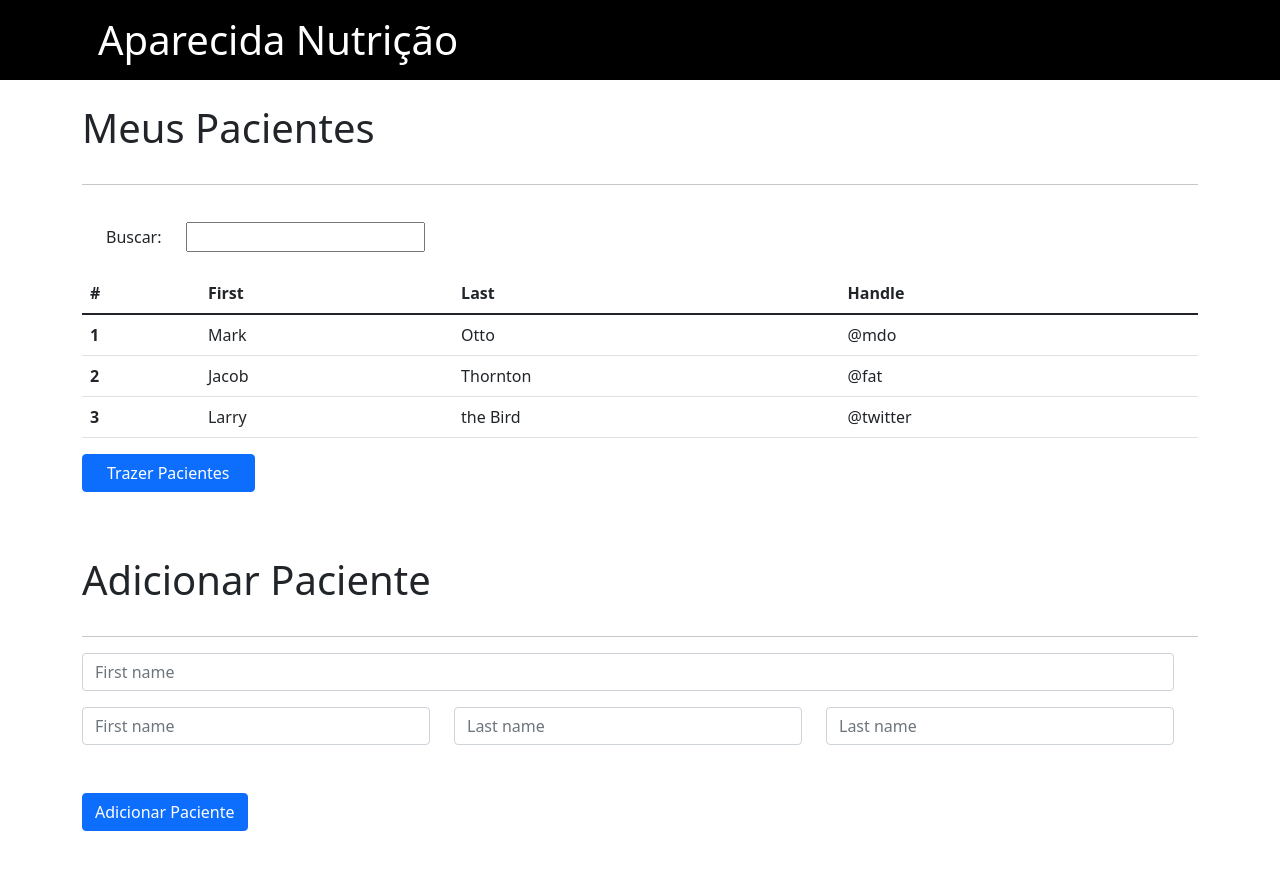
Repository: eversonps/app-paciente
Page: / (app in frontend/)
The author's editor kept a copy of each file at every save. The page is drawn from the files as they stood at one save, then again after the next save.
The browser window is 1280 px wide. The pictures show the whole page.
The project was rebuilt for these pictures with package versions that can differ from the ones it lists, and the page was loaded fresh each time.

Above is the page before, as saved 2022-03-28 14:41:39.

After the next save:
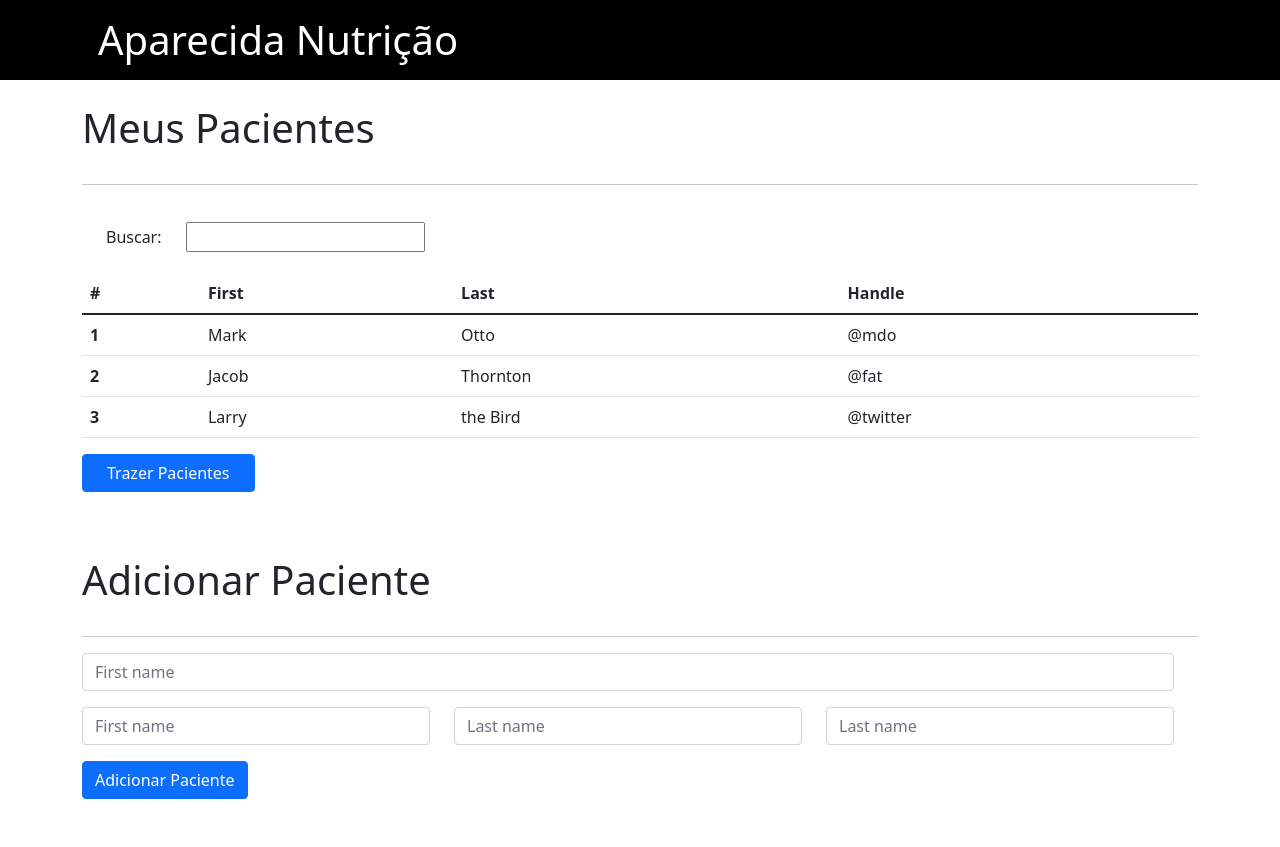
Saved 6 s later.
--- a/frontend/src/components/AddPacient.jsx
+++ b/frontend/src/components/AddPacient.jsx
@@ -7,7 +7,7 @@ export default props => (
     <div className="py-5">
         <Title name="Adicionar Paciente"></Title>
         <FormPacients></FormPacients>
-        <div className="mt-5">
+        <div className="mt-3">
             <Button type="primary" name="Adicionar Paciente"></Button>
         </div>
     </div>
